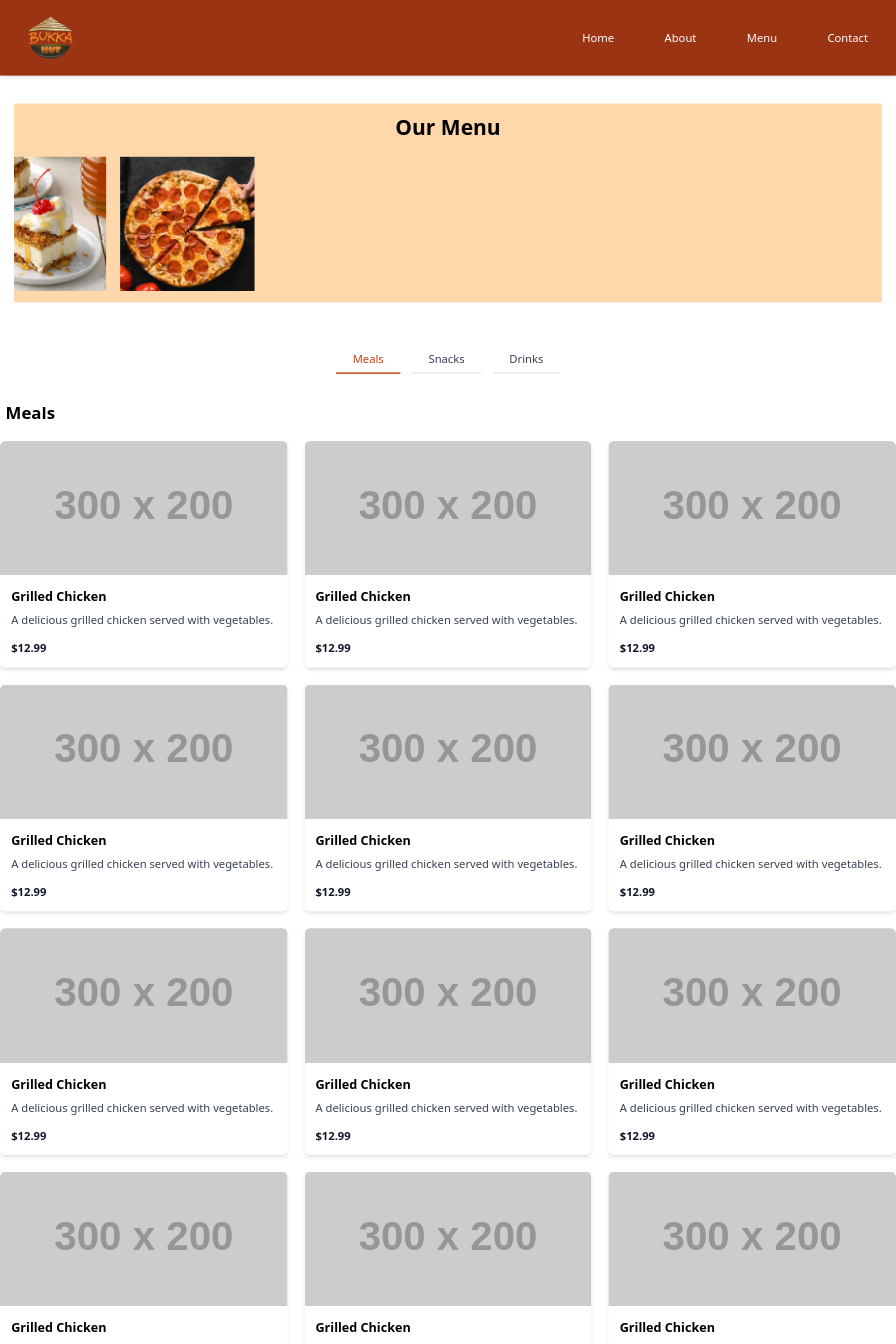
Repository: countaustin1990/BUKKAHUT
Page: Menu.html
The author's editor kept a copy of each file at every save. The page is drawn from the files as they stood at one save, then again after the next save.
The browser window is 1280 px wide. The pictures show the part of the page from y = 0 to 1920 px (the page is 2734 px tall), at 70% of full size.
Some web libraries are served in a nearby version.

Above is the page before, as saved 2024-08-24 16:44:28.
Console error: TypeError: Cannot read properties of null (reading 'addEventListener')

After the next save:
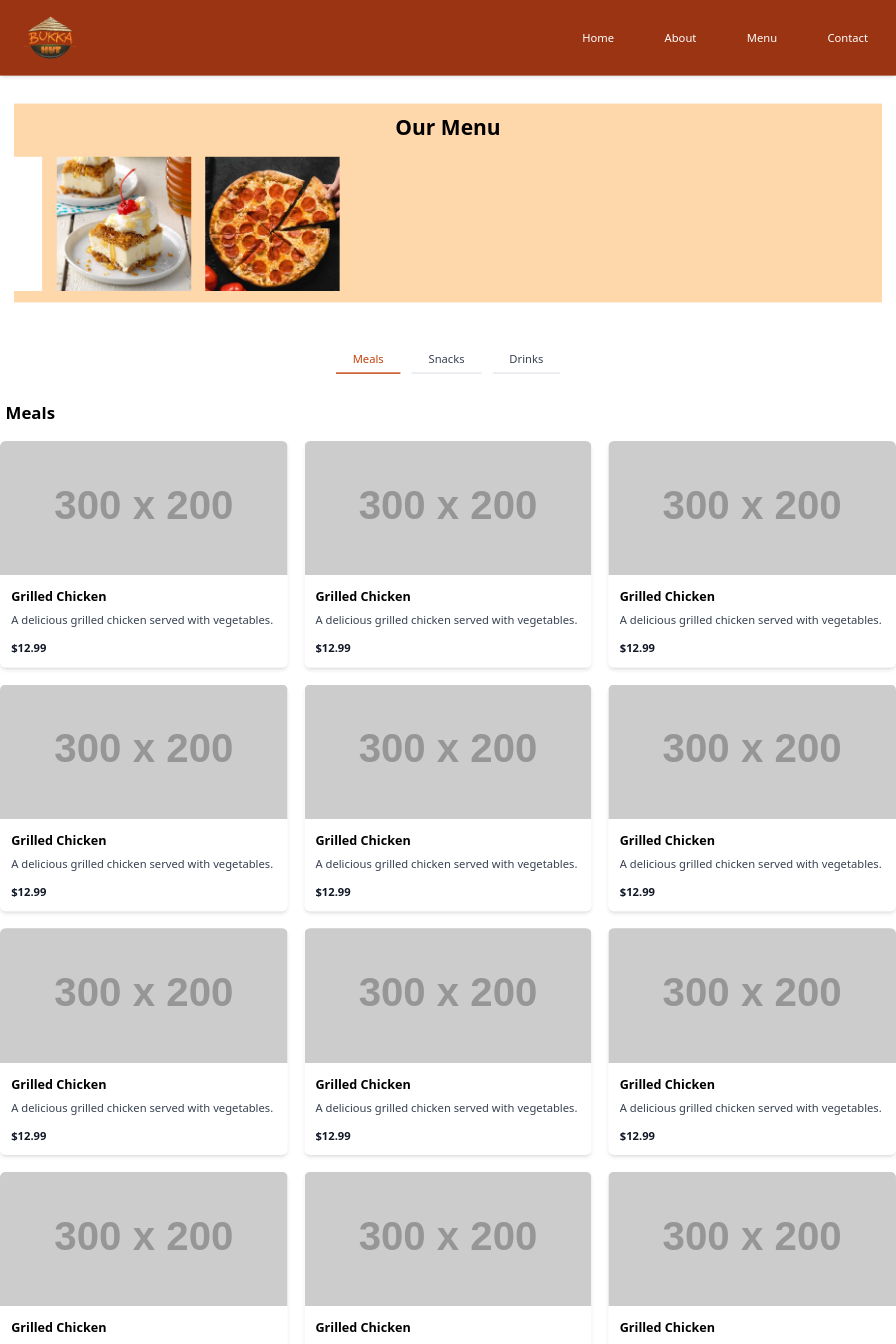
Saved 47 s later.
--- a/Menu.html
+++ b/Menu.html
@@ -14,7 +14,7 @@
                 transform: translateX(0);
             }
             100% {
-                transform: translateX(-120%);
+                transform: translateX(-100%);
             }
         }
 
